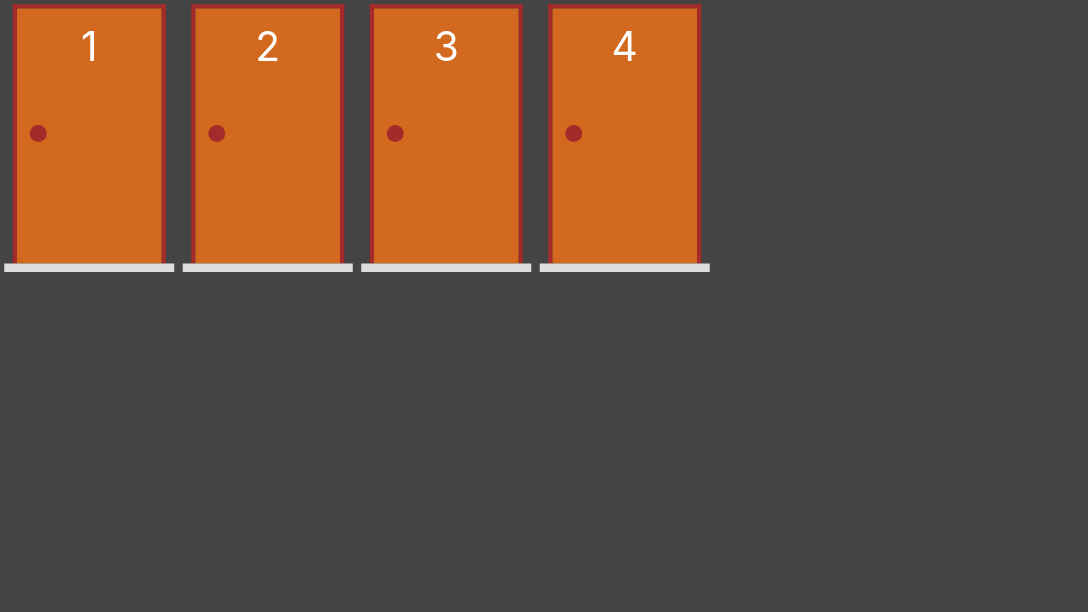
Repository: Mira757/Projeto-Porta-Premiada
Page: /jogo
These files come from the project's save history. The page is drawn as it stood at one moment and after the next save; the edit follows.
The browser window is 1280 px wide. The pictures show the whole page, at 85% of full size.
The project was rebuilt for these pictures with package versions that can differ from the ones it lists, and the page was loaded fresh each time. The framework's server and built-in components were replaced by stand-ins that run in the browser. Also part of the build but not shown: next.config.js, styles/Presente.module.css, components/Presente.jsx.

Above is the page before, as saved 2022-03-22 16:57:43.

### pages/jogo.tsx
import styles from "../styles/Jogo.module.css"
import { useState } from "react";
import Porta from "../components/Porta";
import { atualizarPortas, criarPortas } from "../functions/portas";

export default function jogo () {
  const [portas,setPortas] = useState(criarPortas(4,2))

  function renderizarPortas() {
    return portas.map(porta => {
      return <Porta key={porta.numero} value={porta} onChange={novaporta => setPortas(atualizarPortas(portas, novaporta))}/>
    })
  }

  return (
    <div id={styles.jogo}>
      {renderizarPortas()}
    </div>
  )
}

### styles/globals.css
html,
body {
  padding: 0;
  margin: 0;
  font-family: -apple-system, BlinkMacSystemFont, Segoe UI, Roboto, Oxygen,
    Ubuntu, Cantarell, Fira Sans, Droid Sans, Helvetica Neue, sans-serif;
  background-color: #444;
  color: #fff;
}

a {
  color: inherit;
  text-decoration: none;
}

* {
  box-sizing: border-box;
}

### styles/Jogo.module.css
#jogo {
  display: flex;
}

### components/Porta.tsx
import styles from "../styles/Porta.module.css"
import PortaModel from '../model/porta'
import Presente from './Presente'

interface PortaProps {
  value: PortaModel
  onChange: (novaPorta: PortaModel) => void
}

export default function Porta(props: PortaProps) {

  const  porta  = props.value
  const selecionada = porta.selecionada && !porta.aberta ? styles.selecionada : ''

  const alterarSelecao = e => props.onChange(porta.alterarSelecao())
  const abrir = e => {
    e.stopPropagation()
    props.onChange(porta.abrir())
  }

  function renderizarPorta() {
    return (
      <div className={styles.porta}>
          <div className={styles.numero}>{porta.numero}</div>
          <div className={styles.macaneta} onClick={abrir} ></div>

        </div>
    )
  }

  return (
    <div className={styles.area} onClick={alterarSelecao}>
      <div className={`${styles.estrutura} ${selecionada}`}>
      {porta.fechada ? renderizarPorta() : porta.temPresente ? <Presente></Presente> : false}
      </div>
      <div className={styles.chao}></div>
    </div>
  )
}

### functions/portas.ts
import PortaModel from "../model/porta";

export function criarPortas(qtde: number,selecionada: number) : PortaModel[] {
  return Array.from({length:qtde}, (_,i) => {
    const numero = i+1
    const temPresente = numero === selecionada
    return new PortaModel(numero,temPresente)
  })
}

export function atualizarPortas(portas: PortaModel[], portaModificada: PortaModel) : PortaModel[] {
  return portas.map(portaAtual => {
    const igualModificada = portaAtual.numero === portaModificada.numero
    if (igualModificada) {
      return portaModificada
    } else {
      return portaModificada.aberta ? portaAtual : portaAtual.desmarcar()
    }
  })
}

### styles/Porta.module.css
.area {
  position: relative;
  display: flex;
  flex-direction: column;
  align-items: center;
  width: 200px;
  height: 315px;
  margin: 5px;
}

.estrutura {
  display: flex;
  flex-direction: column-reverse;
  width: 90%;
  flex-grow: 1;
  border-left: 5px solid brown;
  border-right: 5px solid brown;
  border-top: 5px solid brown;
  background-color: #0005;
}

.porta {
  display: flex;
  flex-direction: column;
  flex-grow: 1;
  background-color: chocolate;
  align-items: center;
  padding: 15px;
}

.numero {
  font-size: 3rem;
}

.macaneta {
  position: absolute;
  align-self: flex-start;
  top: calc(0.45 * 315px);
  height: 20px;
  width: 20px;
  border-radius: 10px;
  background-color: brown;
}

.chao {
  height: 10px;
  width: 100%;
  background-color: #ddd;
}

.selecionada {
  border-left: 5px solid yellow;
  border-right: 5px solid yellow;
  border-top: 5px solid yellow;
}

.selecionada .numero {
  color: yellow;
}

.selecionada .macaneta {
  background-color: yellow;
}

### model/porta.ts
export default class PortaModel {
  #numero: number
  #temPresente: boolean
  #selecionada: boolean
  #aberta: boolean

  constructor(numero: number,temPresente = false,selecionada = false, aberta = false) {
  this.#numero = numero
  this.#temPresente = temPresente
  this.#selecionada = selecionada
  this.#aberta = aberta
  }

  get numero() {
    return this.#numero
  }

  get temPresente() {
    return this.#temPresente
  }

  get selecionada() {
    return this.#selecionada
  }

  get aberta() {
    return this.#aberta
  }

  get fechada() {
    return !this.#aberta
  }

  desmarcar() {
    const selecionada = false
    return new PortaModel(this.numero,this.temPresente,selecionada,this.aberta)
  }

  alterarSelecao() {
    const selecionada = !this.selecionada
    return new PortaModel(this.numero,this.temPresente,selecionada,this.aberta)
  }

  abrir() {
    const aberta = true
    return new PortaModel(this.numero,this.temPresente,this.selecionada,aberta)
  }

}

Loaded but not shown: pages/_app.js (common file)

After the next save:
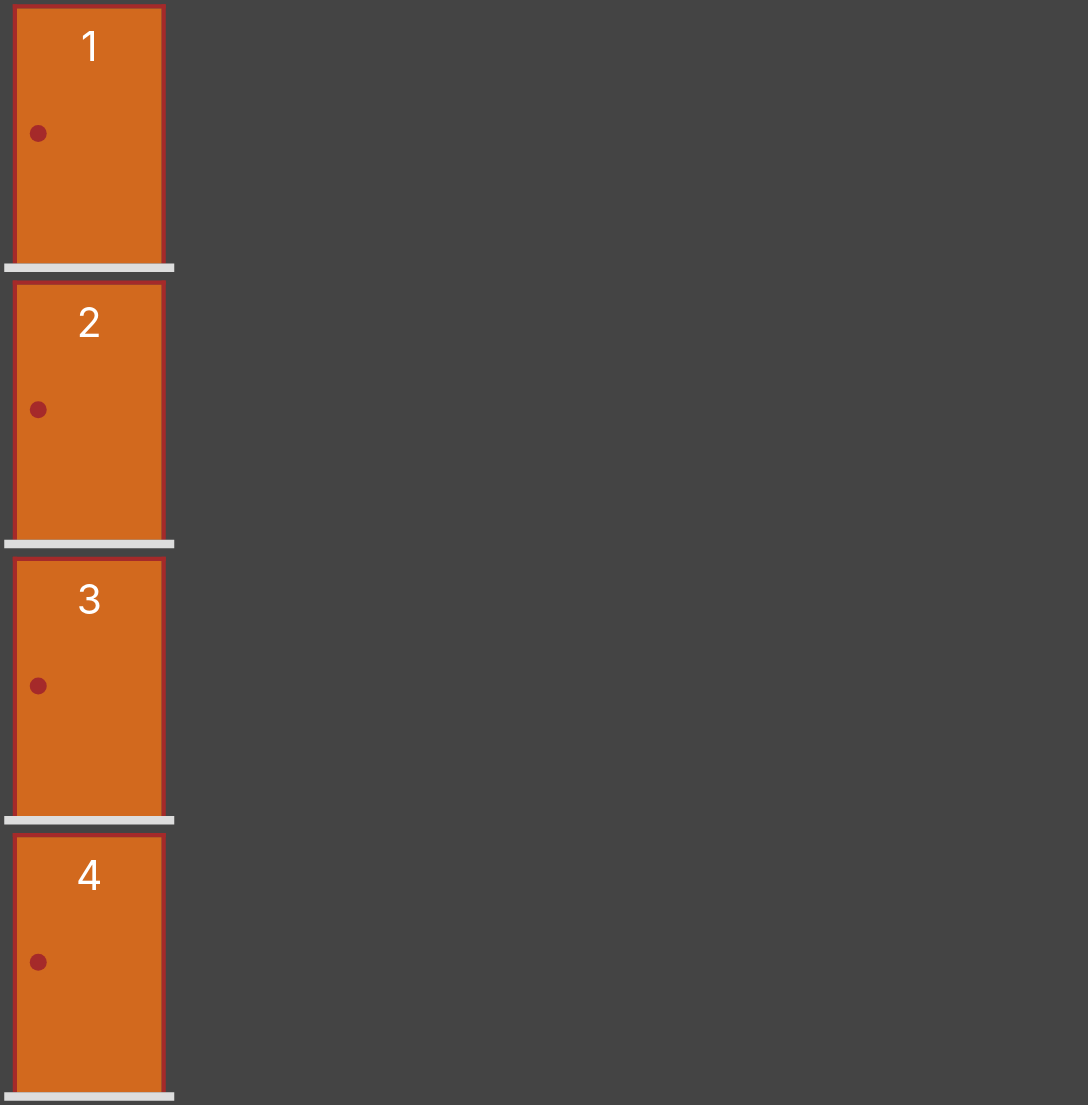
Saved 27 s later.
--- a/styles/Jogo.module.css
+++ b/styles/Jogo.module.css
@@ -1,3 +1,5 @@
 #jogo {
   display: flex;
+  flex-direction: column;
+  justify-content: center;
 }
